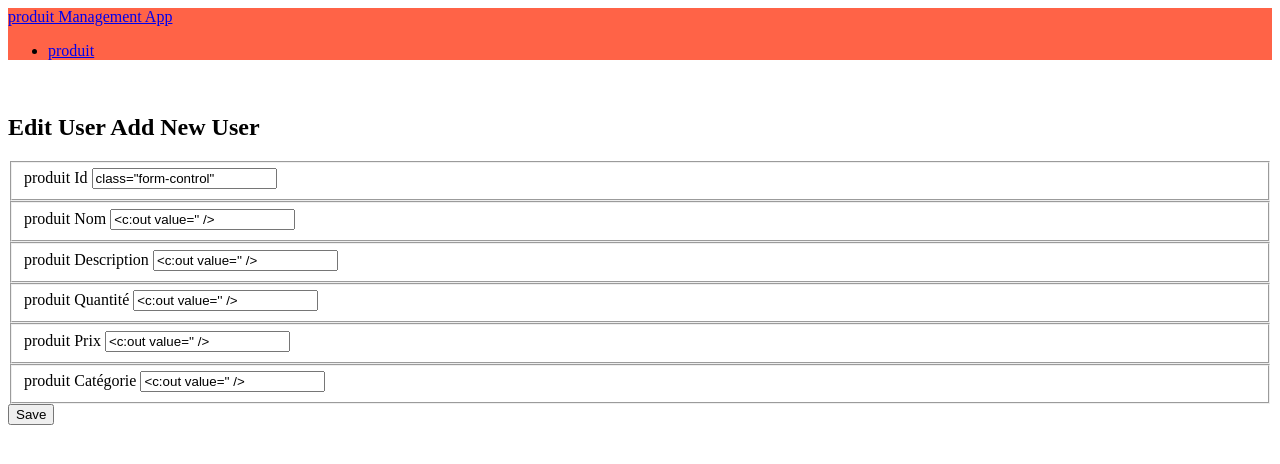
Repository: youssefeddib/ManagSport
Page: http://localhost/Application_du_gestion/
The author's editor kept a copy of each file at every save. The page is drawn from the files as they stood at one save, then again after the next save.
The browser window is 1280 px wide. The pictures show the whole page.
The page is served by Tomcat 9.

Above is the page before, as saved 2025-02-13 10:42:25.

After the next save:
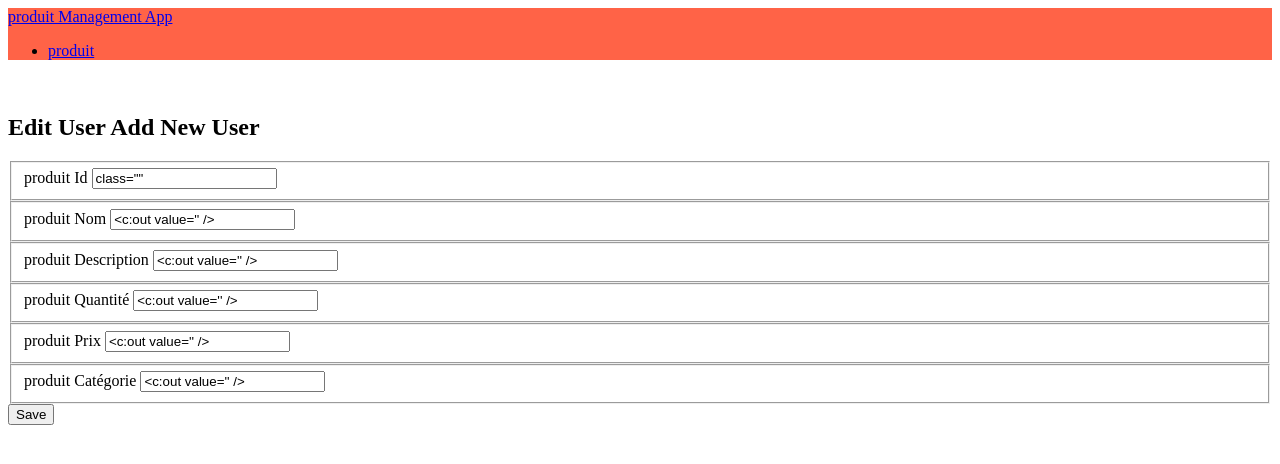
Saved 93 s later.
--- a/Application du gestion/src/main/webapp/index.jsp
+++ b/Application du gestion/src/main/webapp/index.jsp
@@ -44,7 +44,7 @@
                         </c:if>
 
                         <fieldset class="form-group">
-                            <label>produit Id</label> <input type="text" value= class="form-control" name="name" required="required">
+                            <label>produit Id</label> <input type="text" value= class="" name="name" required="required">
                         </fieldset>
 
                         <fieldset class="form-group">
